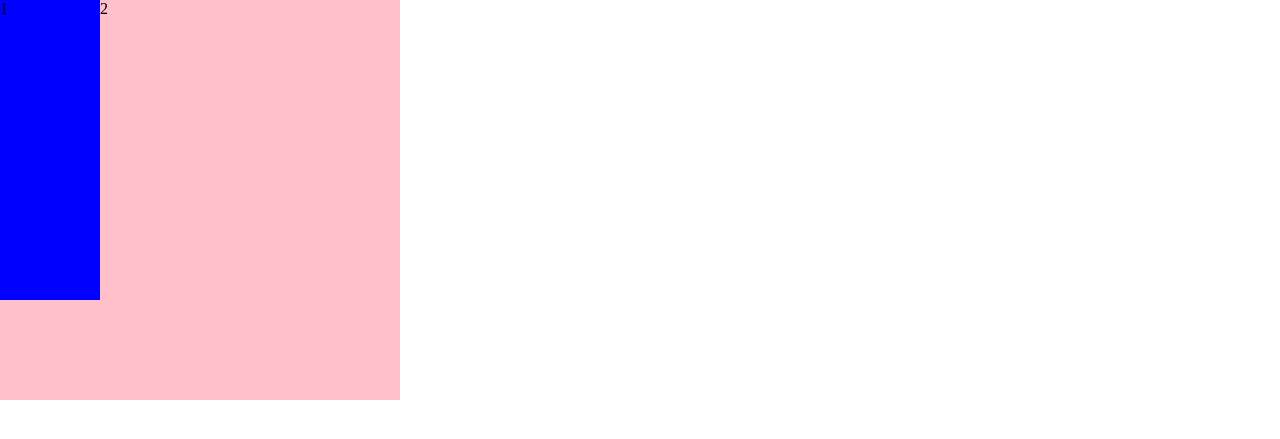
Repository: Germtao/Web
Page: web_css/css_浮动.html
The author's editor kept a copy of each file at every save. The page is drawn from the files as they stood at one save, then again after the next save.
The browser window is 1280 px wide. The pictures show the whole page.

Above is the page before, as saved 2020-10-30 10:11:49.

After the next save:
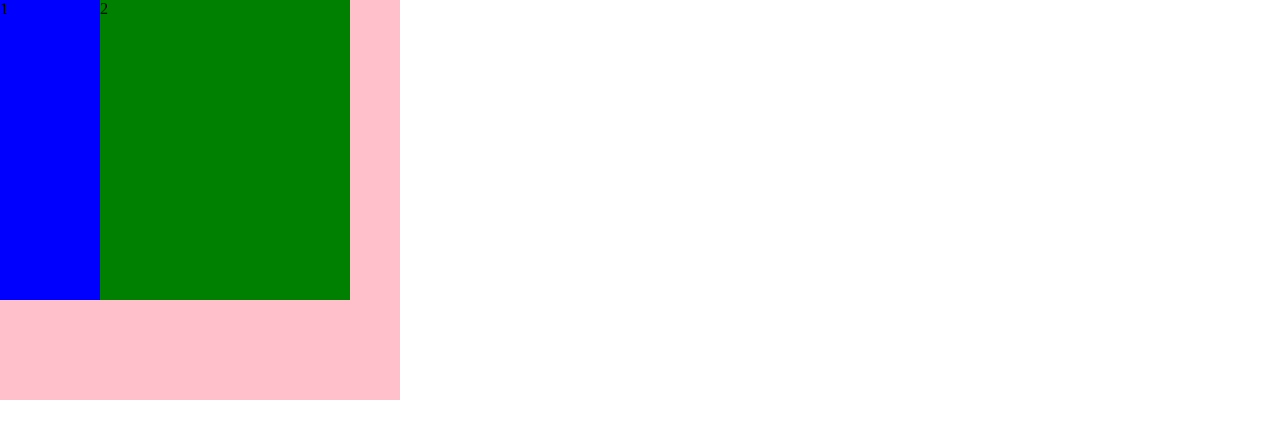
Saved 29 s later.
--- a/web_css/css_浮动.html
+++ b/web_css/css_浮动.html
@@ -122,6 +122,13 @@
       height: 300px;
       background-color: blue;
     }
+
+    .para2 {
+      float: left;
+      width: 250px;
+      height: 300px;
+      background-color: green;
+    }
   </style>
 </head>
 
